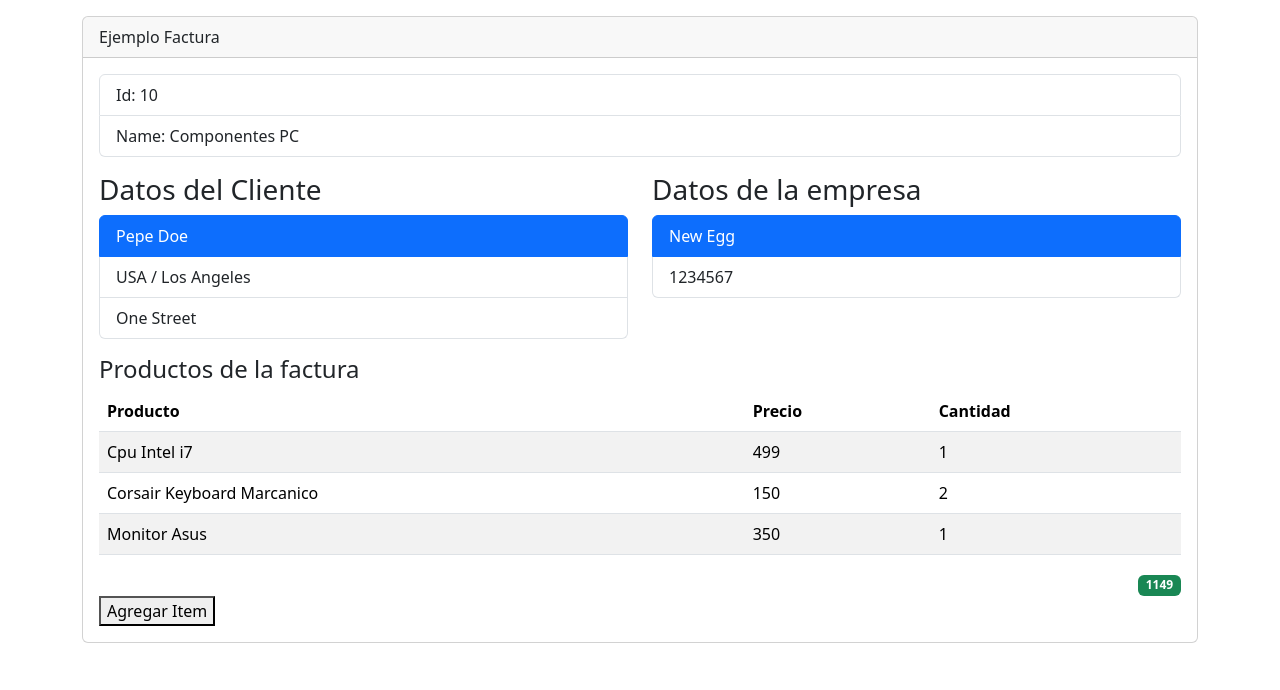
Repository: bryanesteban/4-invoice-app
Page: /
These files come from the project's save history. The page is drawn as it stood at one moment and after the next save; the edit follows.
The browser window is 1280 px wide. The pictures show the whole page.
The project was rebuilt for these pictures with package versions that can differ from the ones it lists, and the page was loaded fresh each time. Also part of the build but not shown: vite.config.js, src/components/FormItemsView.jsx.

Above is the page before, as saved 2023-11-27 04:59:56.

After the next save:
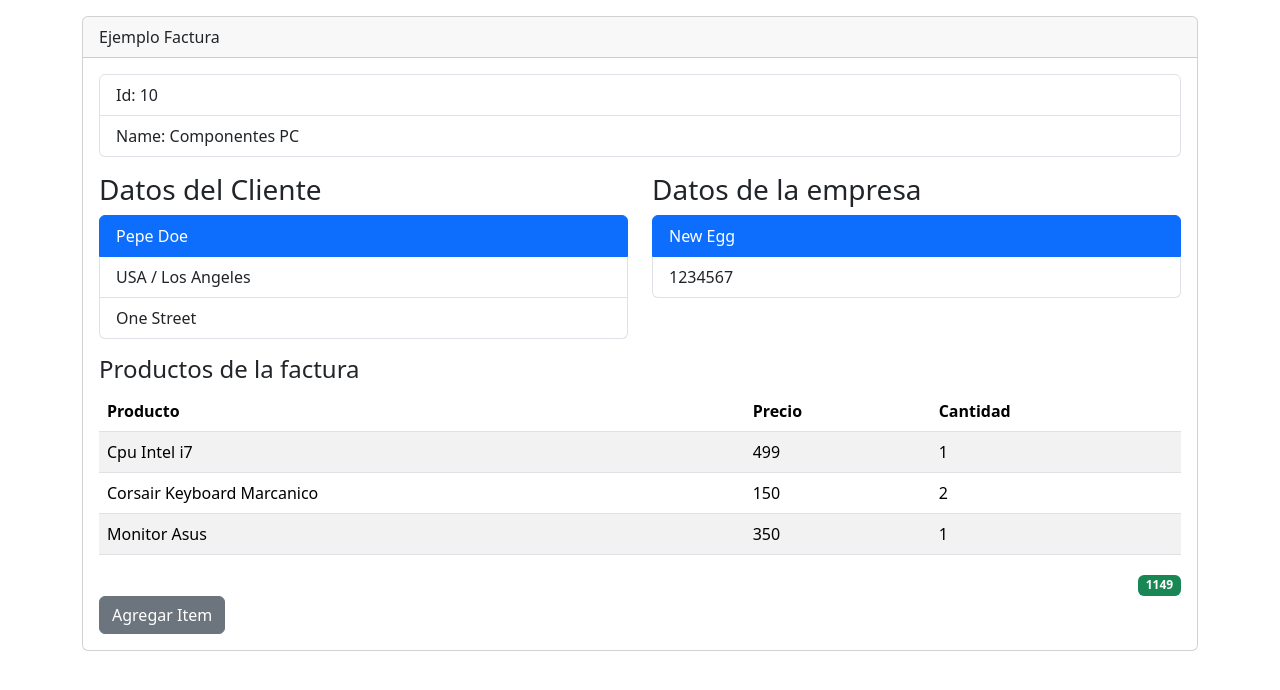
Saved 54 s later.
--- a/src/InvoiceApp.jsx
+++ b/src/InvoiceApp.jsx
@@ -102,7 +102,7 @@ export const InvoiceApp = () =>{
                     </div>
                     <ListItemsView title="Productos de la factura" items={items} />
                     <TotalView total={total}></TotalView>
-                    <button>{ 'Agregar Item' }</button>
+                    <button className="btn btn-secondary">{ 'Agregar Item' }</button>
                     { !activeForm ? '':  <FormItemsView handler={ handlerAddItems } /> }
 
                 </div>
